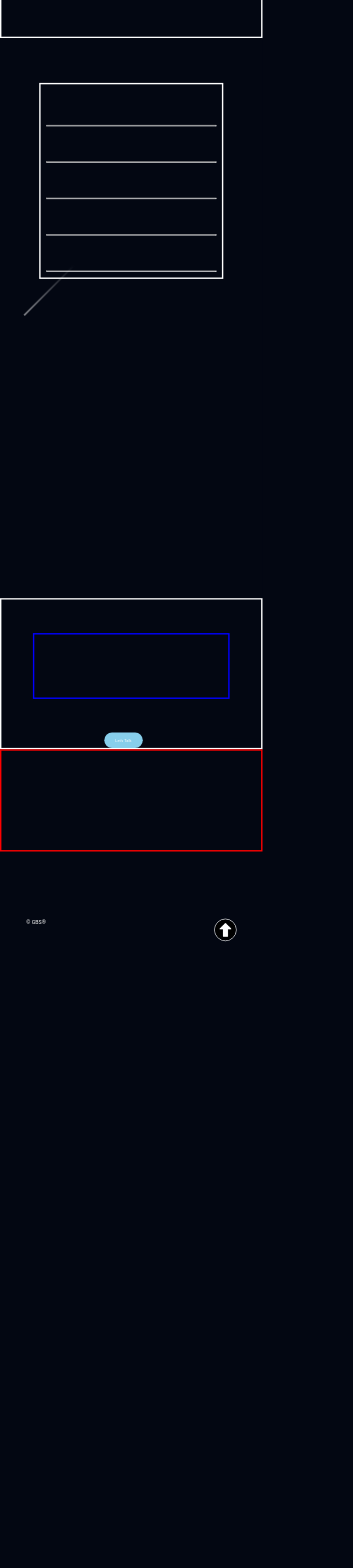
Repository: Anas-Ejaz/GBS-NEW
Page: Ahsan.html
The author's editor kept a copy of each file at every save. The page is drawn from the files as they stood at one save, then again after the next save.
The browser window is 375 px wide. The page is 504 px wide, so the pictures cover 504 px, including what lies to the right of the window. The pictures show the part of the page from y = 1329 to 3569 px (the page is 3569 px tall before and 3561 px after), at 70% of full size.
Some web fonts or font styles are not loaded; a fallback is used.

Above is the page before, as saved 2024-09-02 12:10:12.

After the next save:
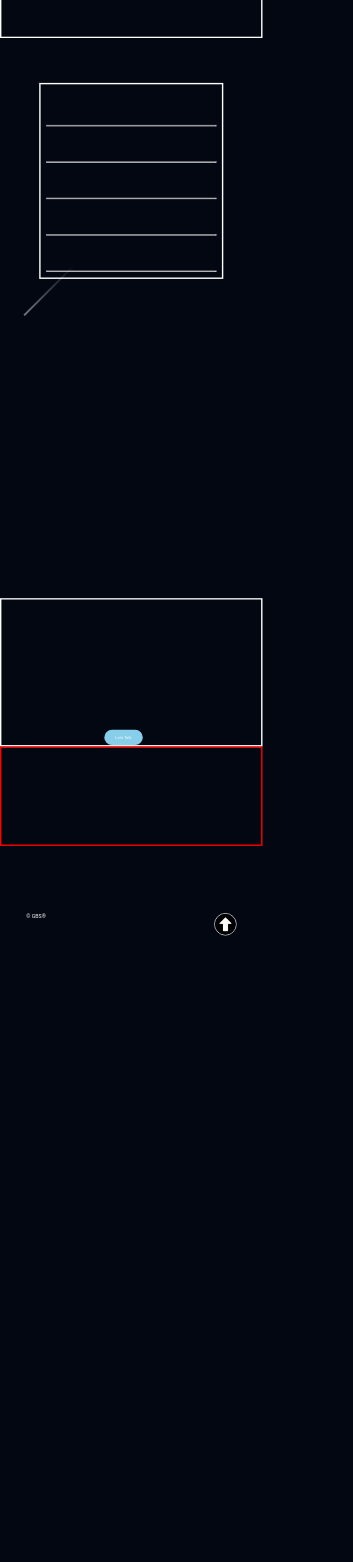
Saved 6 s later.
--- a/Ashan.css
+++ b/Ashan.css
@@ -290,7 +290,6 @@
 .first{
   display: flex;
   font-weight: bold;
-  border: 2px solid rebeccapurple;
 }
 #email, #skype{
   margin: 0vw;
@@ -321,6 +320,7 @@
   justify-content: center;
   align-items: center;
 }
+border: 2px solid rebeccapurple;
 .col_C{
   padding-right: 10vw;
     align-items: center;

After the 2 saves that followed:
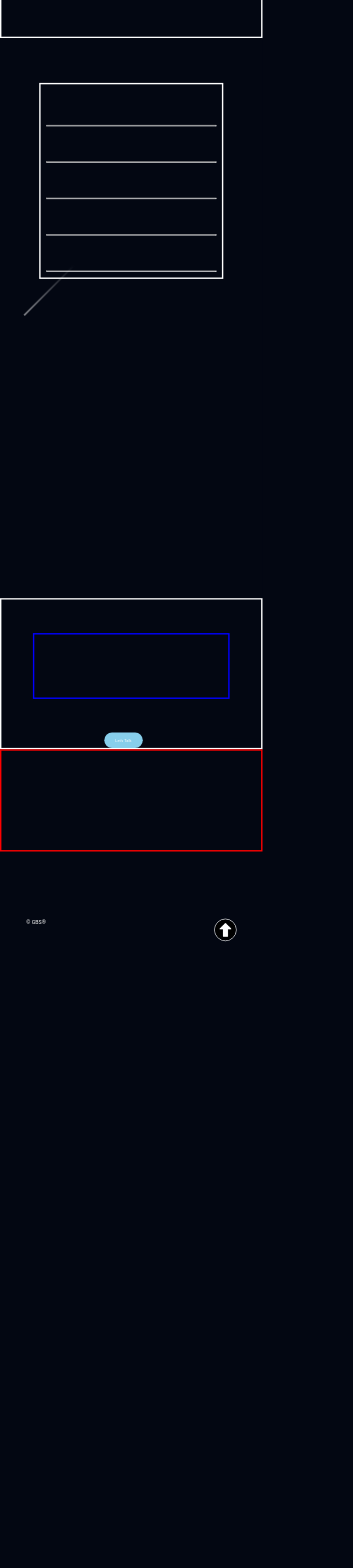
The 2 saves are shown as one change because they came seconds apart.
The last was saved 6 s later.
--- a/Ashan.css
+++ b/Ashan.css
@@ -320,12 +320,11 @@
   justify-content: center;
   align-items: center;
 }
-border: 2px solid rebeccapurple;
 .col_C{
   padding-right: 10vw;
-    align-items: center;
-    border: 2px solid blue;
-  }
+  align-items: center;
+  border: 2px solid blue;
+}
 .infoContainer{
   border: 2px solid salmon;
   display: flex;
@@ -334,6 +333,7 @@
 .first{
   flex-direction: column;
   margin-right: 0vw;
+  border: 2px solid rebeccapurple;
 }
 
 
